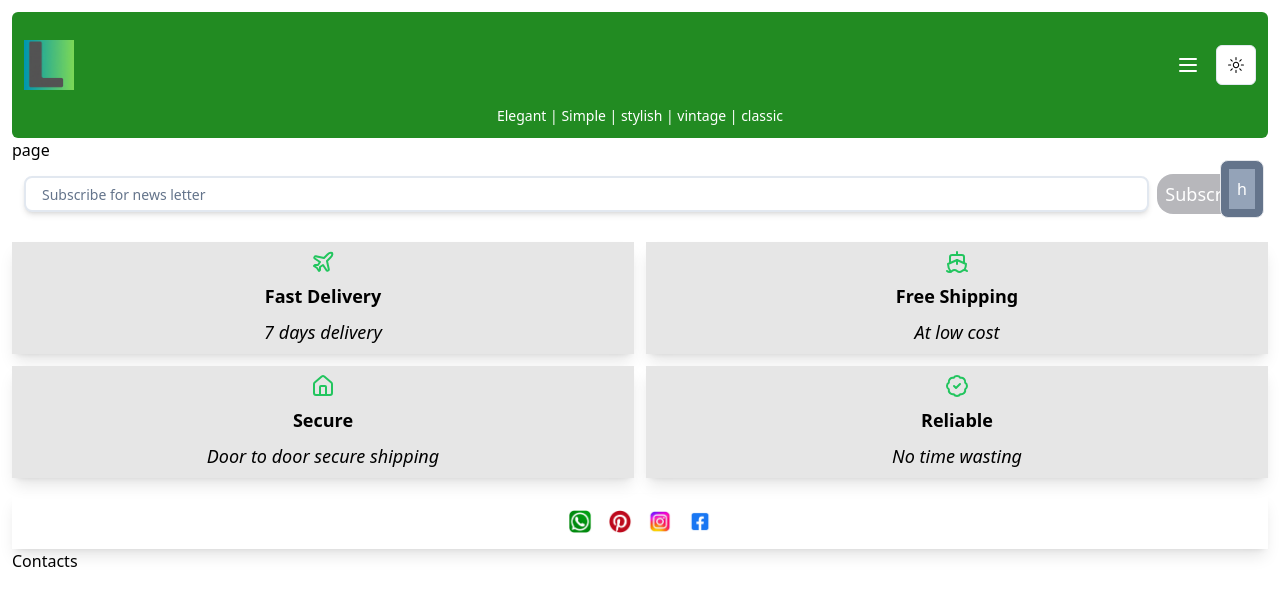
Repository: Semanmernstack/bisi-abejide
Page: /bb
The author's editor kept a copy of each file at every save. The page is drawn from the files as they stood at one save, then again after the next save.
The browser window is 1280 px wide. The pictures show the whole page.
The project was rebuilt for these pictures with package versions that can differ from the ones it lists, and the page was loaded fresh each time. The framework's server and built-in components were replaced by stand-ins that run in the browser. Also part of the build but not shown: next.config.mjs.

Above is the page before, as saved 2024-04-19 00:45:25.

After the next save:
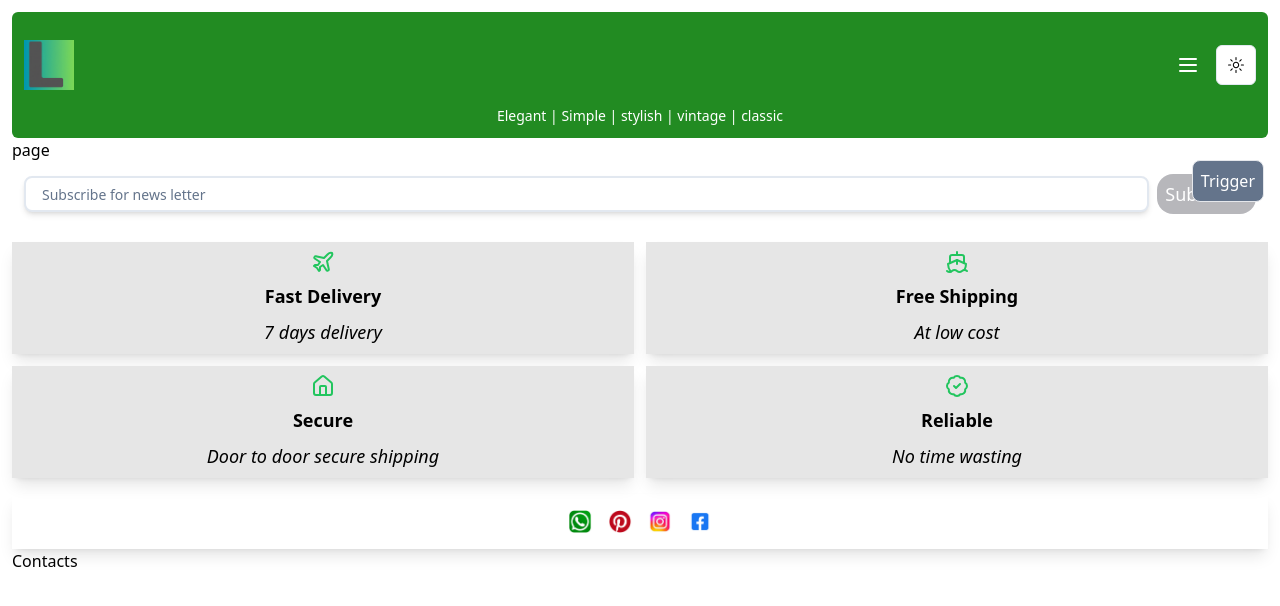
Saved 12 min 4 s later.
--- a/components/Ai.tsx
+++ b/components/Ai.tsx
@@ -1,19 +1,9 @@
 import {  Bot, MessageCircleIcon, SendHorizontal, XCircle } from 'lucide-react'
 import React, { useState } from 'react'
-import SubAi from './SubAi'
-import ReactMarkdown from "react-markdown";
 
-import { SocialIcon } from 'react-social-icons'
-import { Message, useChat } from 'ai/react';
 
-import Link from 'next/link';
-import { cn } from '@/lib/utils';
-
-import {
-  Popover,
-  PopoverContent,
-  PopoverTrigger,
-} from "@/components/ui/popover"
+import Popup from 'reactjs-popup';
+import 'reactjs-popup/dist/index.css';
 
 
 function Ai() {
@@ -24,20 +14,14 @@ function Ai() {
 
   return (
 
-    <div className='p-2 max-w-2xl bg-slate-400 mx-auto h-full'>
-      <Popover  >
-      <PopoverTrigger>h</PopoverTrigger>
 
-        <PopoverContent className=' text-green-600 mx-auto h-full bg-slate-200 max-w-2xl'> Welcome to LOLAFLO store</PopoverContent>
+  <div >
 
-      </Popover>
+  <Popup trigger={<button> Trigger</button>} position="right center">
+    <div>Welcome to Lolaflo !!</div>
+  </Popup>
 
-
-
-
-
-
-    </div>
+  </div>
 
   )
 }
